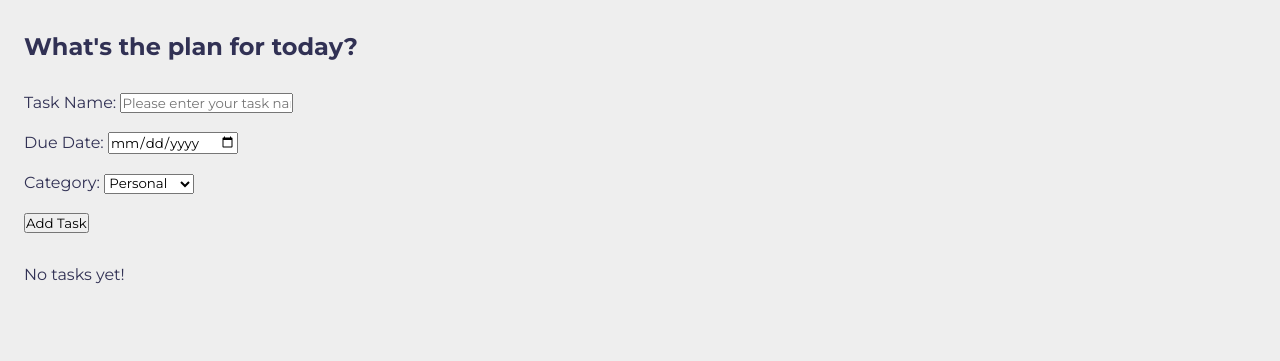
Repository: comp426-2023-spring/a99-SnowPile
Page: http://localhost/
An editor plug-in stored every save of this project. The page is shown before and after the next save, followed by the edit.
The browser window is 1280 px wide. The pictures show the whole page.
Some web fonts or font styles are not loaded; a fallback is used. The page is served by the project's Node server (app.js).

Above is the page before, as saved 2023-04-15 21:16:58.

After the next save:
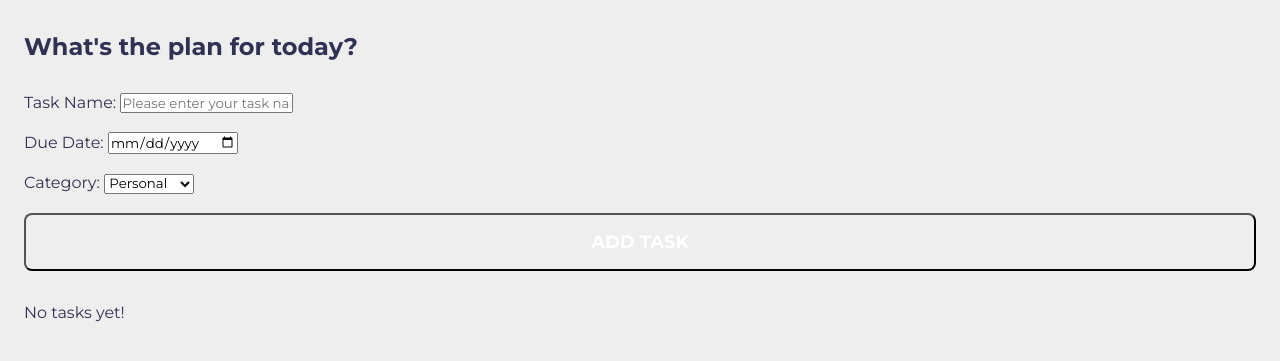
Saved 3 min 45 s later.
--- a/frontend/public/style.css
+++ b/frontend/public/style.css
@@ -20,3 +20,21 @@ section {
 h2{
     color: #313154;
 }
+
+.create-todo input[type="submit"]{
+	display: block;
+	width: 100%;
+	font-size: 1.125rem;
+	padding: 1rem 1.5rem;
+	color: #FFF;
+	font-weight: 700;
+	text-transform: uppercase;
+	background-color: var(--primary);
+	box-shadow: var(--personal-glow);
+	border-radius: 0.5rem;
+	cursor: pointer;
+	transition: 0.2s ease-out;
+}
+.create-todo input[type="submit"]:hover {
+	opacity: 0.75;
+}
